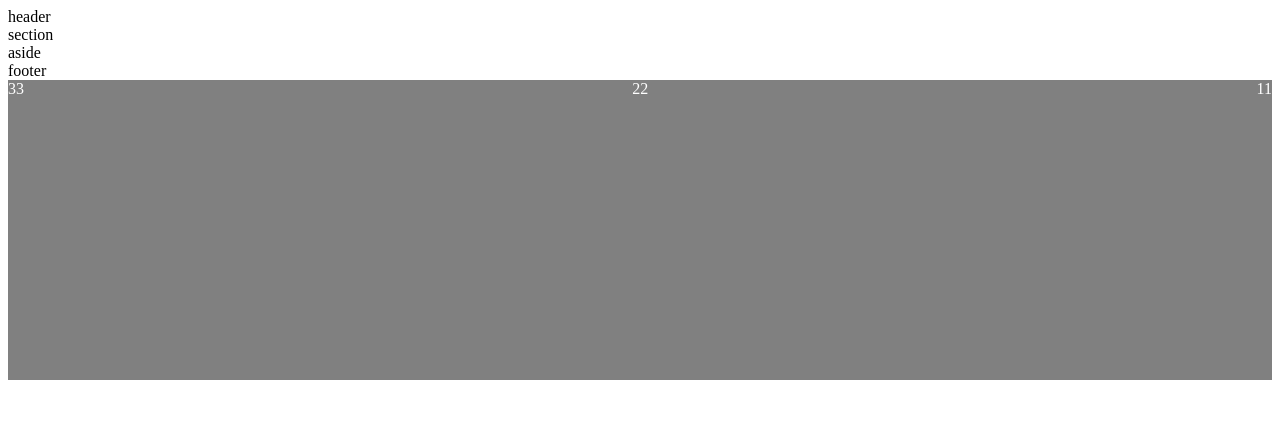
Repository: huangjianeng/front-end-study
Page: vue原理/html/flex.html
An editor plug-in stored every save of this project. The page is shown before and after the next save, followed by the edit.
The browser window is 1280 px wide. The pictures show the whole page.

Above is the page before, as saved 2020-07-31 10:50:42.

After the next save:
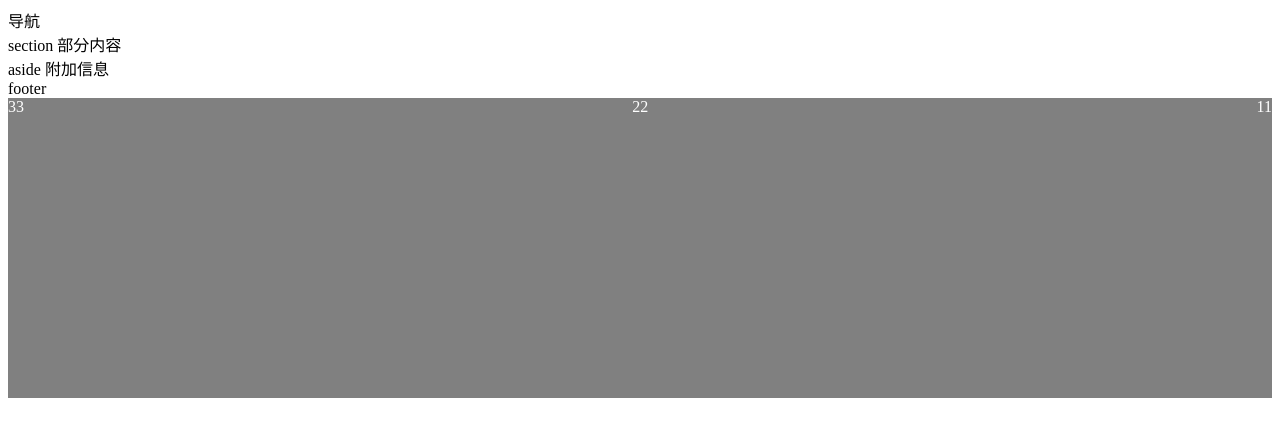
Saved 2 min 6 s later.
--- a/vue原理/html/flex.html
+++ b/vue原理/html/flex.html
@@ -1,6 +1,8 @@
-<header>header</header>
-<section>section</section>
-<aside>aside</aside>
+<header>
+    <nav>导航</nav>
+</header>
+<section>section  部分内容</section>
+<aside>aside 附加信息</aside>
 <footer>footer</footer>
 <div class="flex-wrap">
     <div>11</div>
